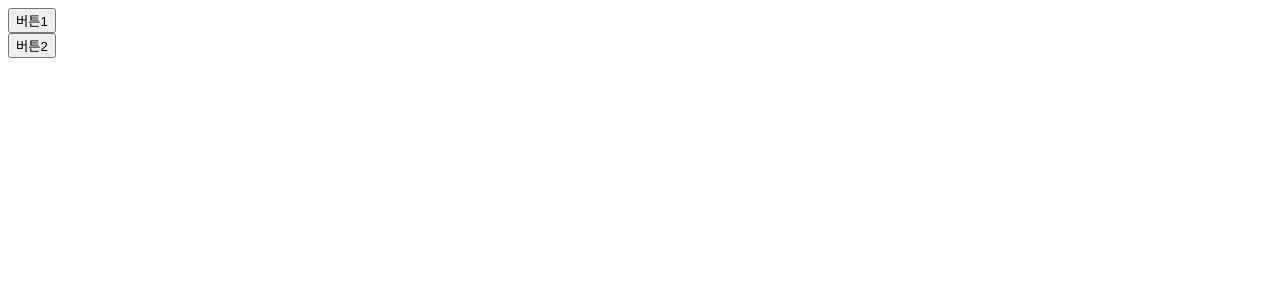
Repository: Seonhanbit/dev
Page: work_frontend/JavaScriptEx/WebContent/08.01.event.html
The author's editor kept a copy of each file at every save. The page is drawn from the files as they stood at one save, then again after a run of saves.
The browser window is 1280 px wide. The pictures show the whole page.

Above is the page before, as saved 2019-09-02 05:22:15.

After the next 2 saves:
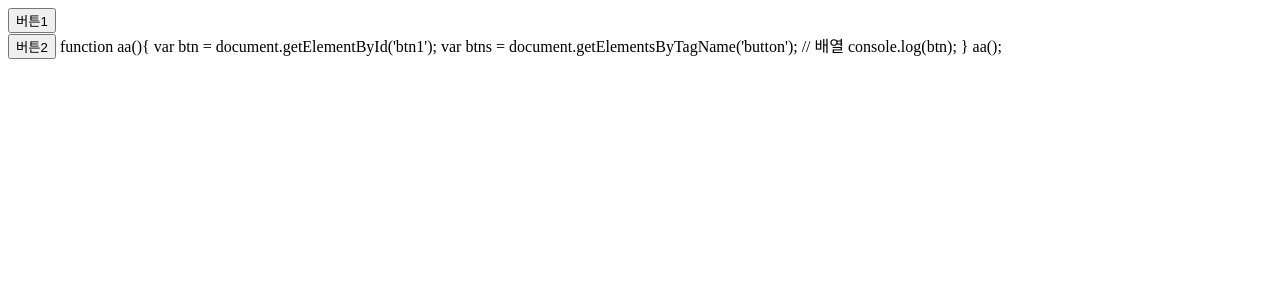
The 2 saves are shown as one change because they came seconds apart.
The last was saved 2 min 25 s later.
--- a/work_frontend/JavaScriptEx/WebContent/08.01.event.html
+++ b/work_frontend/JavaScriptEx/WebContent/08.01.event.html
@@ -35,5 +35,11 @@
 	<button id="btn1" onclick="theFnc()">버튼1</button>
 	<br/>
 	<button id="btn2" onclick="theFnc2()">버튼2</button>
+	function aa(){
+		var btn = document.getElementById('btn1');
+		var btns = document.getElementsByTagName('button'); // 배열
+		console.log(btn);
+	}
+	aa();
 </body>
 </html>

After the 2 saves that followed:
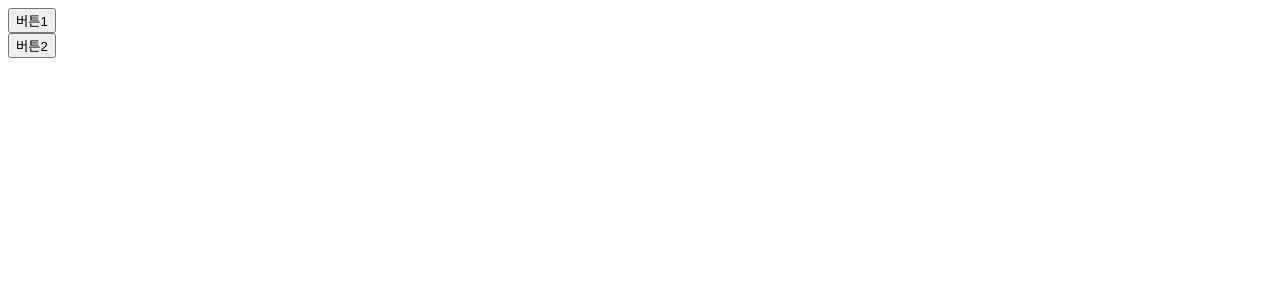
Console error: ReferenceError: aa is not defined
The 2 saves are shown as one change because 1 left the picture as it was.
The last was saved 29 s later.
--- a/work_frontend/JavaScriptEx/WebContent/08.01.event.html
+++ b/work_frontend/JavaScriptEx/WebContent/08.01.event.html
@@ -20,11 +20,11 @@
 		//myBtn.onclick = theFnc2;
 	}
 
-	function aa(){
+/* 	function aa(){
 		var btn = document.getElementById('btn1');
 		var btns = document.getElementsByTagName('button'); // 배열
 		console.log(btn);
-	}
+	} */
 	aa();
 	//window.document.getElementsByTagName(tagName)
 	//document.getElementById
@@ -35,11 +35,13 @@
 	<button id="btn1" onclick="theFnc()">버튼1</button>
 	<br/>
 	<button id="btn2" onclick="theFnc2()">버튼2</button>
+	<script type="text/javascript">
 	function aa(){
 		var btn = document.getElementById('btn1');
 		var btns = document.getElementsByTagName('button'); // 배열
 		console.log(btn);
 	}
 	aa();
+	</script>
 </body>
 </html>
